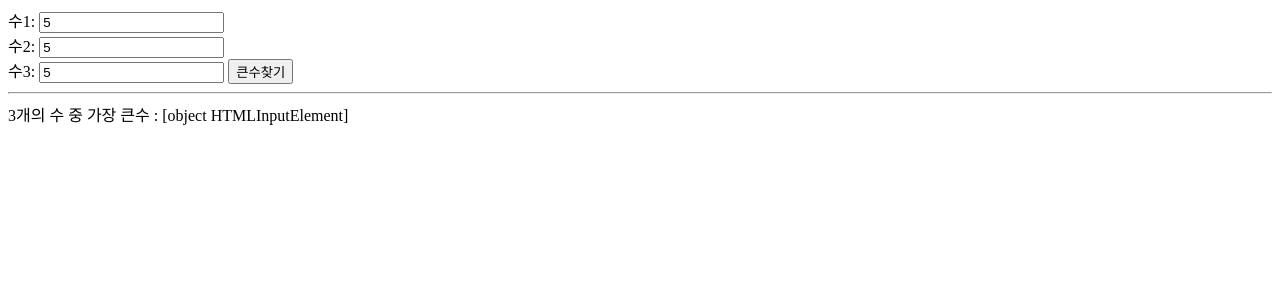
Repository: Jin0207/javaScript
Page: day0103/src/main/webapp/nestedIfTest.html
An editor plug-in stored every save of this project. The page is shown before and after the next save, followed by the edit.
The browser window is 1280 px wide. The pictures show the whole page.
Empty fields were first filled with sample values (such as "Sample", 5 or name@example.com).
After loading, the first visible `button` was clicked once.

Above is the page before, as saved 2022-01-03 05:42:09.

After the next save:
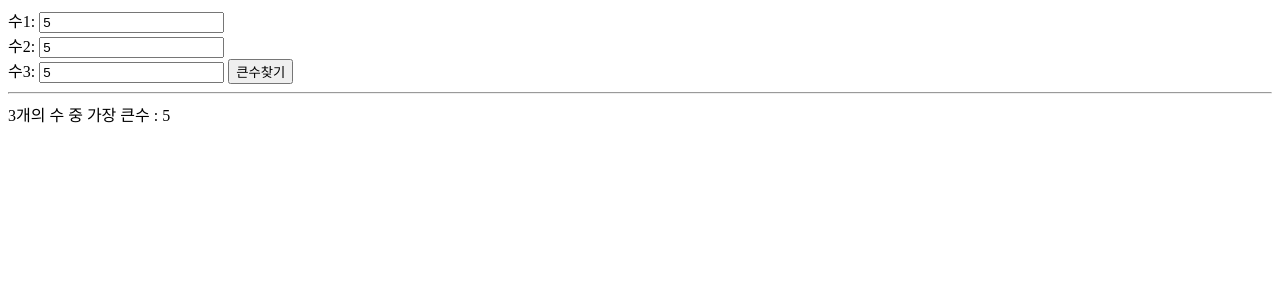
Saved 21 s later.
--- a/day0103/src/main/webapp/nestedIfTest.html
+++ b/day0103/src/main/webapp/nestedIfTest.html
@@ -5,9 +5,9 @@
 <title>Insert title here</title>
 <script type="text/javascript">
 	function max() {
-		const num1 = document.getElementById("num1");
-		const num2 = document.getElementById("num2");
-		const num3 = document.getElementById("num3");
+		const num1 = document.getElementById("num1").value;
+		const num2 = document.getElementById("num2").value;
+		const num3 = document.getElementById("num3").value;
 		let max = num1;
 
 		if(num2 > max){
